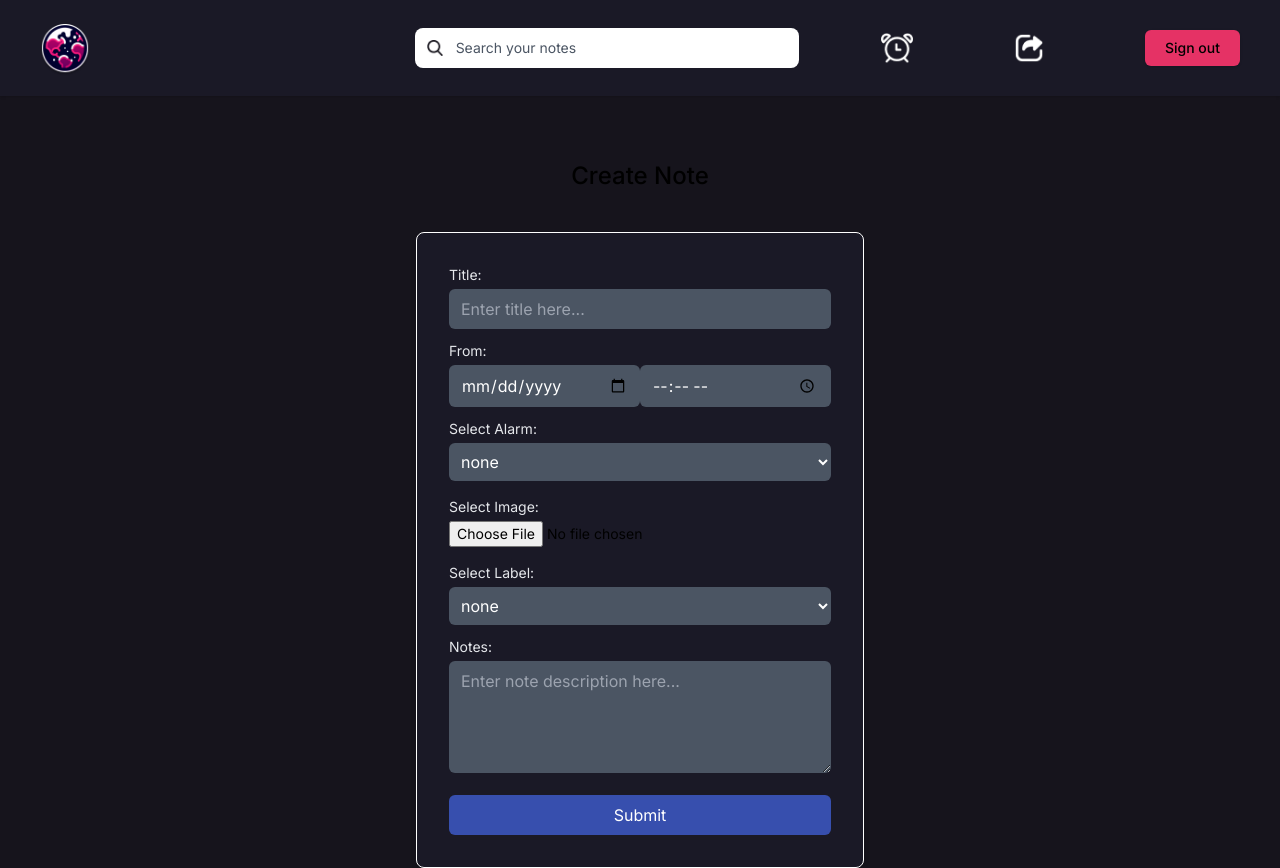
Repository: plan-it-earth/plan-it-earth
Page: /pages/calendar/createnote
The author's editor kept a copy of each file at every save. The page is drawn from the files as they stood at one save, then again after the next save.
The browser window is 1280 px wide. The pictures show the whole page.
The project was rebuilt for these pictures with package versions that can differ from the ones it lists, and the page was loaded fresh each time. The framework's server and built-in components were replaced by stand-ins that run in the browser. Also part of the build but not shown: next.config.mjs.

Above is the page before, as saved 2024-04-18 19:16:57.

### app/layout.tsx
import type { Metadata } from "next";
import { Inter } from "next/font/google";
import "./globals.css";

import { AuthProvider } from "./lib/firebase/AuthProvider";

const inter = Inter({ subsets: ["latin"] });

export const metadata: Metadata = {
  title: "Plan-It-Earth",
  description: "Plan-It-Earth is a calendar application for professors and students",
};

export default function RootLayout({
  children,
}: Readonly<{
  children: React.ReactNode;
}>) {
  return (
    <html lang="en" className="bg-[#16141C]">
      <AuthProvider>
        <body className={inter.className}>{children}</body>
      </AuthProvider>
    </html>
  );
}

### app/pages/calendar/createnote/page.jsx
'use client';
import Header from '../../../Components/Header';
import {useState, useContext} from 'react';
import { useRouter} from 'next/navigation';
import { useCalendarApi } from '../../../lib/Context/CalendarProvider';
import { storeEvents } from '../../../lib/Hooks/dbActions';
import { getStorage, ref, uploadBytes, getDownloadURL } from "firebase/storage";
import UserContext from '../../../lib/firebase/UserContext';

const storage = getStorage();

export default function CreateNote() {
    const { userData } = useContext(UserContext);
    const [imageUrl, setImageUrl] = useState('');

    const [time, setTime] = useState('');
    const [isTimeValid, setIsTimeValid] = useState(true);

    const [isDateValid, setIsDateValid] = useState(true);

    const router = useRouter();
    const { calendarApi } = useCalendarApi();

    const [formData, setFormData] = useState({title: "",date: "", alarm: "", image: "", label: "", description: ""});
    const handleChange = (event) => {
        const { title, value } = event.target;
        setFormData(event.target.value);
    };

    const uploadImage = async (event) => {
        // Upload the image to Firebase storage
        const imageFile = event.target.files[0];
        const storageRef = ref(storage, userData.uid + '/' + (calendarApi.getEvents().length + 1) + '/' + imageFile.name);
        uploadBytes(storageRef, imageFile).then((snapshot) => {
            console.log('Uploaded a blob or file!');

            // Get the download URL of the uploaded image
            getDownloadURL(storageRef).then((url) => {
                setImageUrl(url.toString());
            });
        });
    }


    const handleTimeChange =(event) => {
        setTime(event.target.value);
    };


    const validateTime = () => {
        const [hours, minutes] = time.split(':').map(Number);
        if (hours < 13 && minutes < 60) {
        setIsTimeValid(true);
        } else {
        setIsTimeValid(false);
        }
    }

    const handleDateChange = (event) => {
        const { name, value } = event.target;
        setFormData(prev => ({ ...prev, [name]: value }));
        validateDate(value);
    };

    const validateDate = (inputDate) => {
        const input = new Date(inputDate);
        const currentDate = new Date();
        setIsDateValid(input >= currentDate);
    }

    const handleSubmit = (event) => {
        event.preventDefault();
        var title = document.getElementById("title");
        var date = document.getElementById("date");
        var alarm = document.getElementById("alarm");
        var image = document.getElementById("image");
        var label = document.getElementById("label");
        var description = document.getElementById("description");

        if(time.value) {
            let start = new Date(date.value + "T" + time.value);

            calendarApi.addEvent({
                id: calendarApi.getEvents().length + 1,
                title: title.value,
                start: start,
                groupId: label.value,
                extendedProps: {
                    alarm: alarm.value,
                    image: imageUrl,
                    description: description.value
                },
            });
        } else {
            // All day event
            let start = new Date(date.value);

            calendarApi.addEvent({
                id: calendarApi.getEvents().length + 1,
                title: title.value,
                start: start,
                groupId: label.value,
                allDay: 'true',
                extendedProps: {
                    alarm: alarm.value,
                    image: imageUrl,
                    description: description.value
                },
            });
        }

        console.log(
            `Title: ${title.value},
             Date: ${date.value},
             Alarm: ${alarm.value},
             Image: ${imageUrl},
             Label: ${label.value},
             Description: ${description.value}`
        );

        // Add event to database
        storeEvents(userData, calendarApi);

        router.push('/pages/calendar');
    }

    return (


        <div className="bg-[#16141C] min-h-screen ">
            <Header />
            <h2 className="flex items-center justify-center text-2xl font-medium mt-16">Create Note</h2>
            <div className="max-w-md mx-auto mt-10 p-8 bg-[#1A1926] rounded-lg shadow-md border border-white">
                <form onSubmit={handleSubmit} className="flex flex-col space-y-4">
                    <div>

                        <label className="block text-sm font-normal text-gray-200">Title:</label>
                        <input
                        id = "title"
                        type="text"
                        placeholder="Enter title here..."
                        required
                        value={formData.title}
                        onChange={handleChange}
                        className="text-white bg-gray-600 mt-1 px-3 py-2 w-full rounded-md focus:outline-none" />

                        <label className="block text-sm font-normal mt-3 text-gray-200">From:</label>
                        <div className="flex flex-row justify-between">
                            <input type="date" id="date" name="date" required value={formData.date} onChange={handleDateChange} className="text-white bg-gray-600 mt-1 px-3 py-2 rounded-md w-full dark focus:outline-none" />
                            <input type="time" id="time" name="time" required value={time} onChange={handleTimeChange} className="text-white bg-gray-600 mt-1 px-3 py-2 rounded-md h-full w-full" />
                            {/*<input type="text" id="time" name="time" value={time} onChange={handleTimeChange} onBlur={validateTime} placeholder="12:00" className="text-white bg-gray-600 mt-1 px-3 py-2 rounded-md w-20 text-center focus:outline-none"/>
                            <select id="am/pm" className="text-white bg-gray-600 mt-1 p-2 rounded-md focus:outline-none">
                                <option value="AM">AM</option>
                                <option value="PM">PM</option>
                            </select>*/}
                        </div>
                        {isTimeValid ? null : <p className="flex text-red-500 text-sm w-full m-1 justify-start">Invalid time</p>}
                        {isDateValid ? null : <p className="flex text-red-500 text-sm w-full m-1 justify-start">Invalid date</p>}
                        <div>
                        <label className="block text-sm font-normal mt-3 text-gray-200">Select Alarm:</label>
                            <select id="alarm" className="text-white bg-gray-600 mt-1 p-2 rounded-md w-full focus:outline-none">
                                <option value="-1">none</option>
                                <option value="5">5 minutes before event</option>
                                <option value="10">10 minutes before event</option>
                                <option value="15">15 minutes before event</option>
                                <option value="60">60 minutes before event</option>
                                <option value = "1440"> 1 day before event</option>
                                <option value = "2880"> 2 days before event</option>
                                <option value = "4320"> 3 days before event</option>
                                <option value = "5760"> 4 days before event</option>
                                <option value = "7200"> 5 days before event</option>
                            </select>
                        </div>
                    </div>
                    <div className="flex flex-col justify-center">
                        <label className="block text-sm font-normal text-gray-200">Select Image:</label>
                        <input onChange={uploadImage} type="file" id="image" name="image" accept="image/*" className="mt-1 text-sm" />
                    </div>
                    <div>
                        <label className="block text-sm font-normal text-gray-200">Select Label:</label>
                            <select id="label" className="text-white bg-gray-600 mt-1 p-2 w-full rounded-md focus:outline-none">
                                <option value="UserEvent">none</option>
                                <option value="Assignment">Assignment</option>
                                <option value="Lecture">Lecture</option>
                                <option value="Lab">Lab</option>
                                <option value="OfficeHours">Office Hours</option>
                                <option value="Quiz">Quiz</option>
                                <option value="Exam">Exam</option>
                            </select>

                        <label className="block text-sm font-normal text-gray-200 mt-3">Notes:</label>
                        <textarea
                            id="description"
                            type="text"
                            rows="4"
                            cols="30"
                            className="text-white bg-gray-600 px-3 py-2 mt-1 rounded-md w-full focus:outline-none"
                            placeholder ="Enter note description here...">
                        </textarea>
                    </div>
                    <div>
                        <button type="submit" className="bg-[#374fae] text-white w-full px-4 py-2 rounded-md hover:opacity-85 focus:outline-none">Submit</button>
                    </div>
                </form>
            </div>
        </div>

    )
}

### app/globals.css
@tailwind base;
@tailwind components;
@tailwind utilities;

:root {
  --foreground-rgb: 0, 0, 0;
  --background-start-rgb: 214, 219, 220;
  --background-end-rgb: 255, 255, 255;
}

@media (prefers-color-scheme: dark) {
  :root {
    --foreground-rgb: 255, 255, 255;
    --background-start-rgb: 0, 0, 0;
    --background-end-rgb: 0, 0, 0;
  }
}

body {
  color: rgb(var(--foreground-rgb));
  background: linear-gradient(
      to bottom,
      transparent,
      rgb(var(--background-end-rgb))
    )
    rgb(var(--background-start-rgb));
}

@layer utilities {
  .text-balance {
    text-wrap: balance;
  }
}

.buttonexportpage:hover {
  background-color: #E53265;
}

### app/lib/firebase/AuthProvider.tsx
'use client'

import React, { useState, useEffect } from 'react';
import { onAuthStateChanged, User as firebaseUser } from 'firebase/auth';
import { auth, db } from '../../../firebaseConfig';
import { doc, onSnapshot } from 'firebase/firestore';
import UserContext from './UserContext';
import { CalendarProvider } from '../Context/CalendarProvider';

export interface UserData {
    email: string;
    uid: string;
    events: "";
}

export interface AuthState {
    userData: UserData | null;
}

interface AuthProviderProps {
    children: React.ReactNode;
}

export const AuthProvider = ({ children }: AuthProviderProps) => {
    const [userData, setUserData] = useState<AuthState>({ userData: null});

    useEffect(() => {
        const unsubscribe = onAuthStateChanged(auth, async (user: firebaseUser | null) => {
            try {
                // If user is logged in, get user data from firestore
                if (user) {
                    const uid = user.uid;
                    const userRef = doc(db, 'users', uid);
                    const unsubscribeUser = onSnapshot(userRef, (doc) => {
                        const userData = doc.exists() ? {...doc.data(), uid} as UserData : null;
                        setUserData({ userData });
                    });
                    return () => unsubscribeUser();
                } else {
                    setUserData({ userData: null });
                    return () => {};
                }
            } catch (error) {
                console.log("Error getting user data: ", error);
            }
        });
        return () => unsubscribe();
    }, []);
    return (
        <UserContext.Provider value={userData}>
            <CalendarProvider>
                {children}
            </CalendarProvider>
        </UserContext.Provider>
    )
}

### app/Components/Header.tsx
'use client';
import React, { useState, useEffect } from 'react';
import ReactDOM from 'react-dom';
import Image from 'next/image';
import { useRouter } from 'next/navigation';

import Search from './Search';

import logo from '../Images/headerlogo.png';
import alarm from '../Images/headeralarm.png';
import share from '../Images/headershare.png';

import { getAuth, signOut } from "firebase/auth";

function logOut() {
    const auth = getAuth();
    signOut(auth).then(() => {
        console.log("User signed out");
    }).catch((error) => {
        console.log("Error signing out: ", error);
    });

    console.log("Sign out clicked");
    location.href = "/";
}

export default function Header() {
    const router = useRouter();

    const routeToAlarm = () => {
        router.push('/pages/alarm')
    }

    const routeToExportOrShare = () => {
        router.push('/pages/exportorshare')
    }

    const routeToCalendar = () => {
        router.push('/pages/calendar')
    }

    return (
        <div className="flex h-24 w-full px-2 py-5 bg-[#1A1926] shadow justify-between md:px-10">
            <Image onClick={routeToCalendar} src={logo} alt="Plan-It-Earth" height={50} width={50} className="h-30 w-30 mt-1 cursor-pointer hover:opacity-85 md:h-35 md:h-35"/>
            <div className="hidden w-24 lg:block"></div>
            <Search />
            <div className="flex flex-row h-full items-center space-x-5 md:gap-20">
                <Image onClick={routeToAlarm} src={alarm} alt="Alarm" height={35} width={35} className="h-8 w-8 cursor-pointer hover:opacity-85"/>
                <Image onClick={routeToExportOrShare} src={share} alt="Share" height={35} width={35} className="h-8 w-8 cursor-pointer hover:opacity-85"/>
                <button onClick={() => logOut()} className="px-3 py-2 rounded-md text-xs font-medium bg-[#E53265] outline-none border-none shadow hover:brightness-110 md:px-5 md:py-2 md:text-sm">Sign out</button>
            </div>
        </div>
    )
}

### app/lib/Context/CalendarProvider.tsx
import React, { createContext, useContext, useState, ReactNode, RefObject } from 'react';

interface CalendarProviderProps {
    children: ReactNode;
}

interface CalendarContextType {
    calendarApi: any;
    setCalendarApi: (api: any) => void;
}

const CalendarContext = createContext<CalendarContextType | null>(null);

export const CalendarProvider: React.FC<CalendarProviderProps> = ({ children }) => {
    const [calendarApi, setCalendarApi] = useState<any>(null);

    return (
        <CalendarContext.Provider value={{ calendarApi, setCalendarApi }}>
            {children}
        </CalendarContext.Provider>
    );
};

export const useCalendarApi = () => {
    const context = useContext(CalendarContext);
    if (context === null) {
        throw new Error('useCalendarRef must be used within a CalendarProvider');
    }
    return context;
};

### app/lib/firebase/UserContext.tsx
import { createContext } from "react";
import { AuthState } from './AuthProvider';

const UserContext = createContext<AuthState>({ userData: null });

export default UserContext;

### firebaseConfig.ts
// Import firebase modules
import 'firebase/firestore';
import 'firebase/auth';
import 'firebase/storage';
// Import the functions you need from the SDKs you need
import { initializeApp } from "firebase/app";
import { getFirestore } from 'firebase/firestore';
import { getAuth } from 'firebase/auth';
import { getStorage } from 'firebase/storage';
// TODO: Add SDKs for Firebase products that you want to use
// https://firebase.google.com/docs/web/setup#available-libraries

// Your web app's Firebase configuration
// For Firebase JS SDK v7.20.0 and later, measurementId is optional
const firebaseConfig = {
  apiKey: "AIzaSyBZBzlYp8KR-bJDEJVVbYroSMxS-GXYmR8",
  authDomain: "plan-it-earth-94b85.firebaseapp.com",
  projectId: "plan-it-earth-94b85",
  storageBucket: "plan-it-earth-94b85.appspot.com",
  messagingSenderId: "97255809349",
  appId: "1:97255809349:web:8b9f6ed7ba990714221e2c",
  measurementId: "G-WXFLGQPQ1S"
};

// Initialize Firebase
const app = initializeApp(firebaseConfig);
export const db = getFirestore(app);
export const auth = getAuth(app);
export const storage = getStorage(app);

### app/Components/Search.tsx
'use client';
import React, { useState } from 'react';
import Image from 'next/image';
import { useRouter} from 'next/navigation';

import search from '../Images/search.png';

export default function Search() {
    const [searchInput, setSearchInput] = useState('');
    const router = useRouter();

    const handleSubmit = (event:any) => {
        event.preventDefault();
        router.push(`/pages/search?search=${encodeURIComponent(searchInput)}`);
    };

    const handleInputChange = (event:any) => {
        setSearchInput(event.target.value);
    };

    return (
        <form onSubmit={handleSubmit} className="flex flex-row h-10 w-fit items-center gap-2 self-center bg-[#fff] rounded-lg md:w-96 sm:w-80 md:gap-4 md:ml-16">
            <button type="submit" className="border-none bg-none">
                <Image src={search} alt='Search' height={18} width={18} className="h-4 w-4 ml-2 cursor-pointer md:ml-3"/>
            </button>
            <input onChange={handleInputChange} type='text' placeholder="Search your notes" className="w-full text-black placeholder-gray-600 text-xs outline-none border-none md:text-sm"/>
        </form>
    )
}

Loaded but not shown: app/lib/Hooks/dbActions.js (library); tailwind.config.ts (common file)

After the next save:
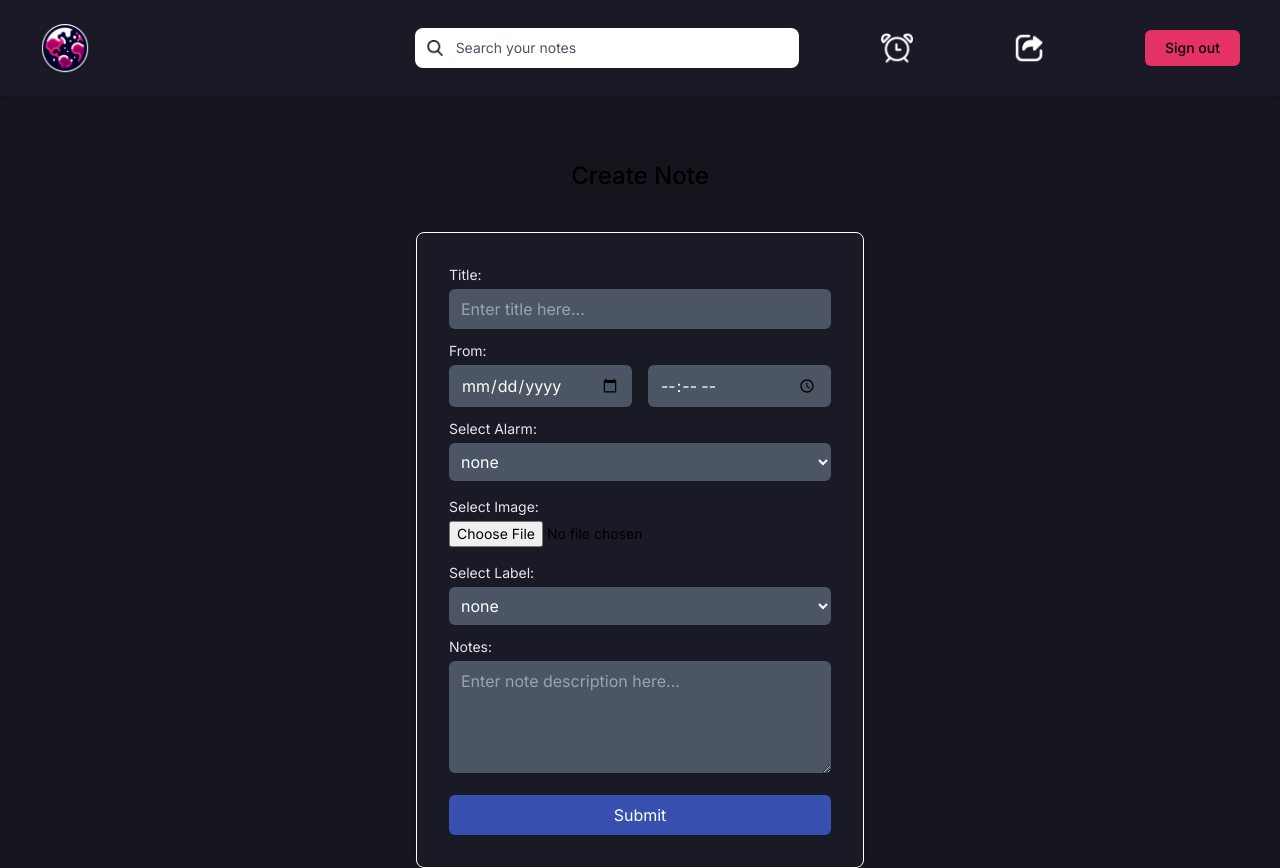
Saved 6 s later.
--- a/app/pages/calendar/createnote/page.jsx
+++ b/app/pages/calendar/createnote/page.jsx
@@ -145,7 +145,7 @@ export default function CreateNote() {
                         className="text-white bg-gray-600 mt-1 px-3 py-2 w-full rounded-md focus:outline-none" />
 
                         <label className="block text-sm font-normal mt-3 text-gray-200">From:</label>
-                        <div className="flex flex-row justify-between">
+                        <div className="flex flex-row justify-between gap-4">
                             <input type="date" id="date" name="date" required value={formData.date} onChange={handleDateChange} className="text-white bg-gray-600 mt-1 px-3 py-2 rounded-md w-full dark focus:outline-none" />
                             <input type="time" id="time" name="time" required value={time} onChange={handleTimeChange} className="text-white bg-gray-600 mt-1 px-3 py-2 rounded-md h-full w-full" />
                             {/*<input type="text" id="time" name="time" value={time} onChange={handleTimeChange} onBlur={validateTime} placeholder="12:00" className="text-white bg-gray-600 mt-1 px-3 py-2 rounded-md w-20 text-center focus:outline-none"/>
